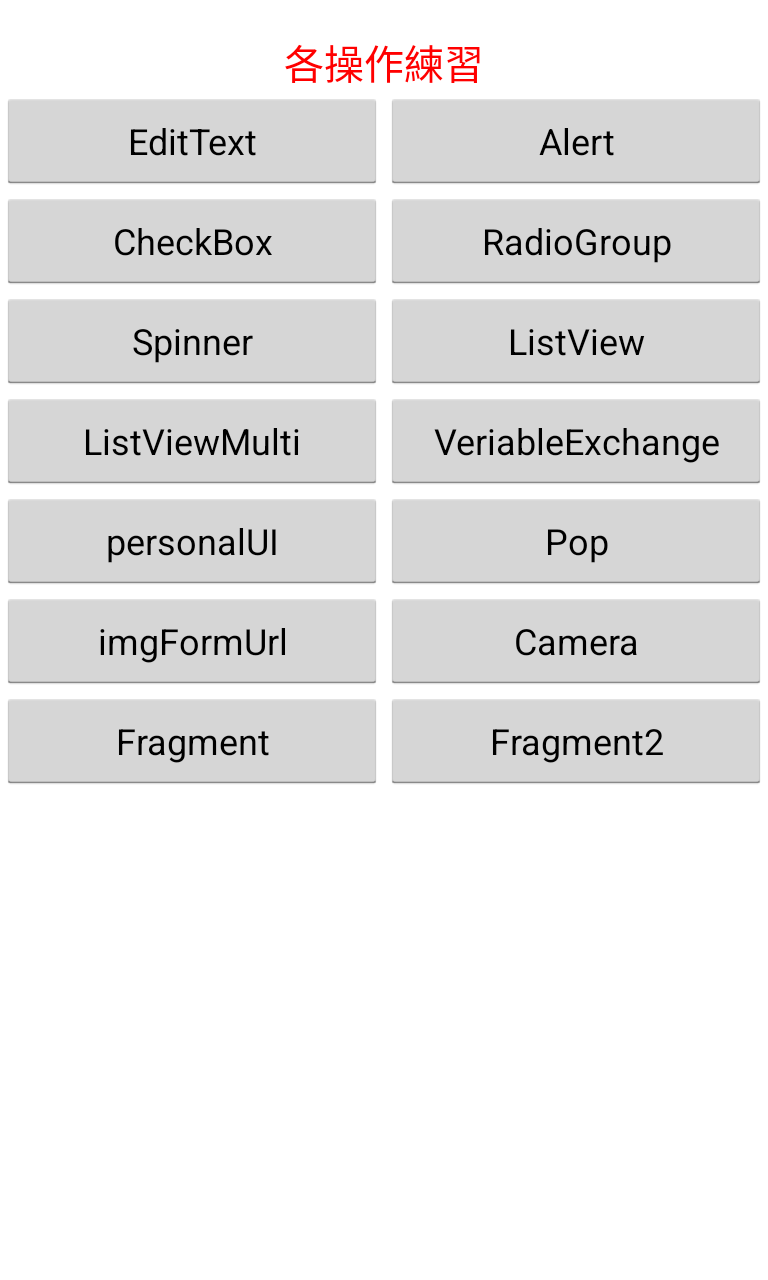
Repository: NTUSTCMAPP/cmapp
Layout: Test/Test/res/layout/activity_main.xml
These files come from the project's save history. The layout is drawn as it stood at one moment and after the next save; the edit follows.
It is drawn on a 768 x 1280 px phone screen (xhdpi) without system bars, with theme AppTheme; the app's code is not run. The app's manifest (not shown) leaves right-to-left support off. So textAlignment, textDirection and layoutDirection are ignored, and left and right values win over start and end ones.

Above is the layout before, as saved 2015-04-26 09:16:25.

After the next save:
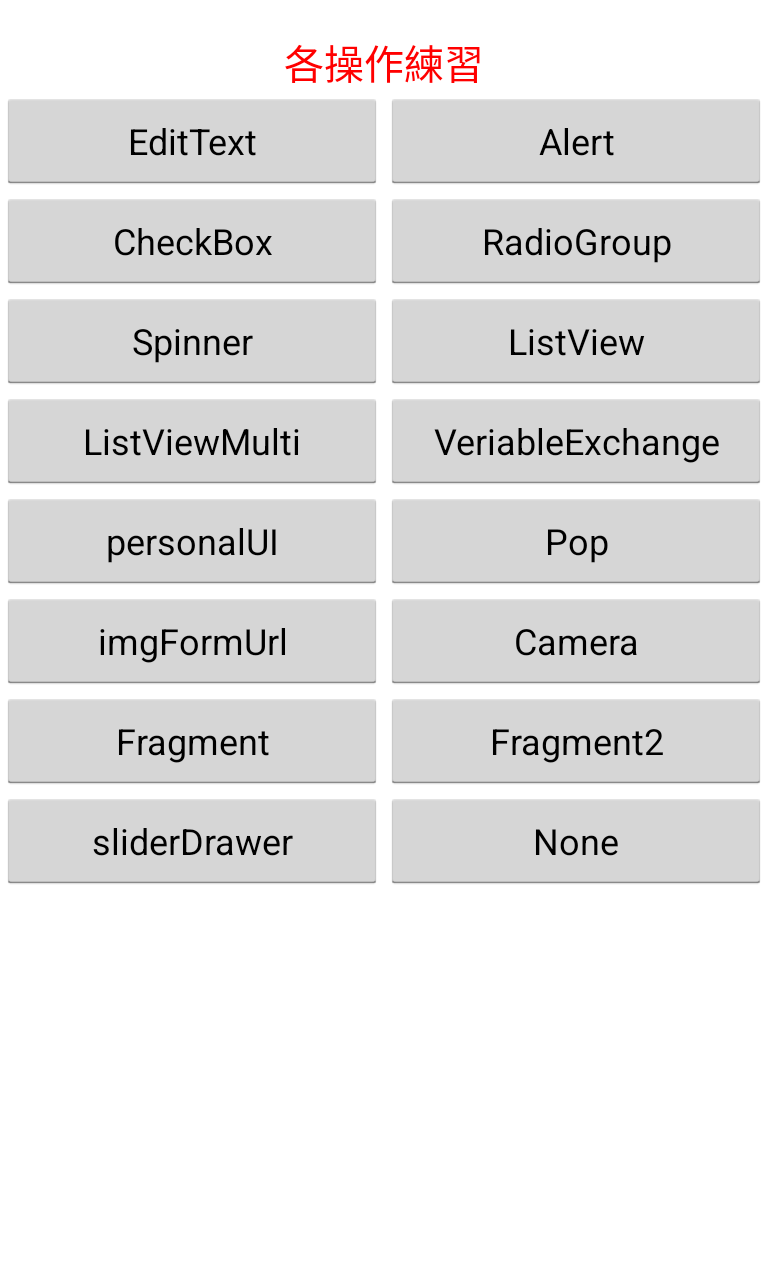
Saved 55 s later.
--- a/Test/Test/res/layout/activity_main.xml
+++ b/Test/Test/res/layout/activity_main.xml
@@ -202,5 +202,33 @@
 	        android:layout_weight="1"
 	        android:text="Fragment2" />
 	</LinearLayout>
+	<LinearLayout
+	    android:id="@+id/LL8"
+	    android:layout_width="fill_parent"
+	    android:layout_height="wrap_content"
+	    android:layout_alignParentLeft="true"
+	    android:layout_below="@+id/LL7"
+	    android:layout_margin="0dp"
+	    android:layout_marginBottom="0dp"
+	    android:layout_marginStart="0dp"
+	    android:layout_marginTop="0dp"
+	    android:orientation="horizontal"
+	    android:weightSum="2" >
+
+	    <Button
+	        android:id="@+id/sliderDrawer"
+	        android:layout_width="0dp"
+	        android:layout_height="50dp"
+	        android:layout_weight="1"
+	        android:text="sliderDrawer" />
+
+	    <Button
+	        android:id="@+id/None"
+	        android:layout_width="0dp"
+	        android:layout_height="50dp"
+	        android:layout_toRightOf="@+id/sliderDrawer"
+	        android:layout_weight="1"
+	        android:text="None" />
+	</LinearLayout>
 
 </RelativeLayout>
